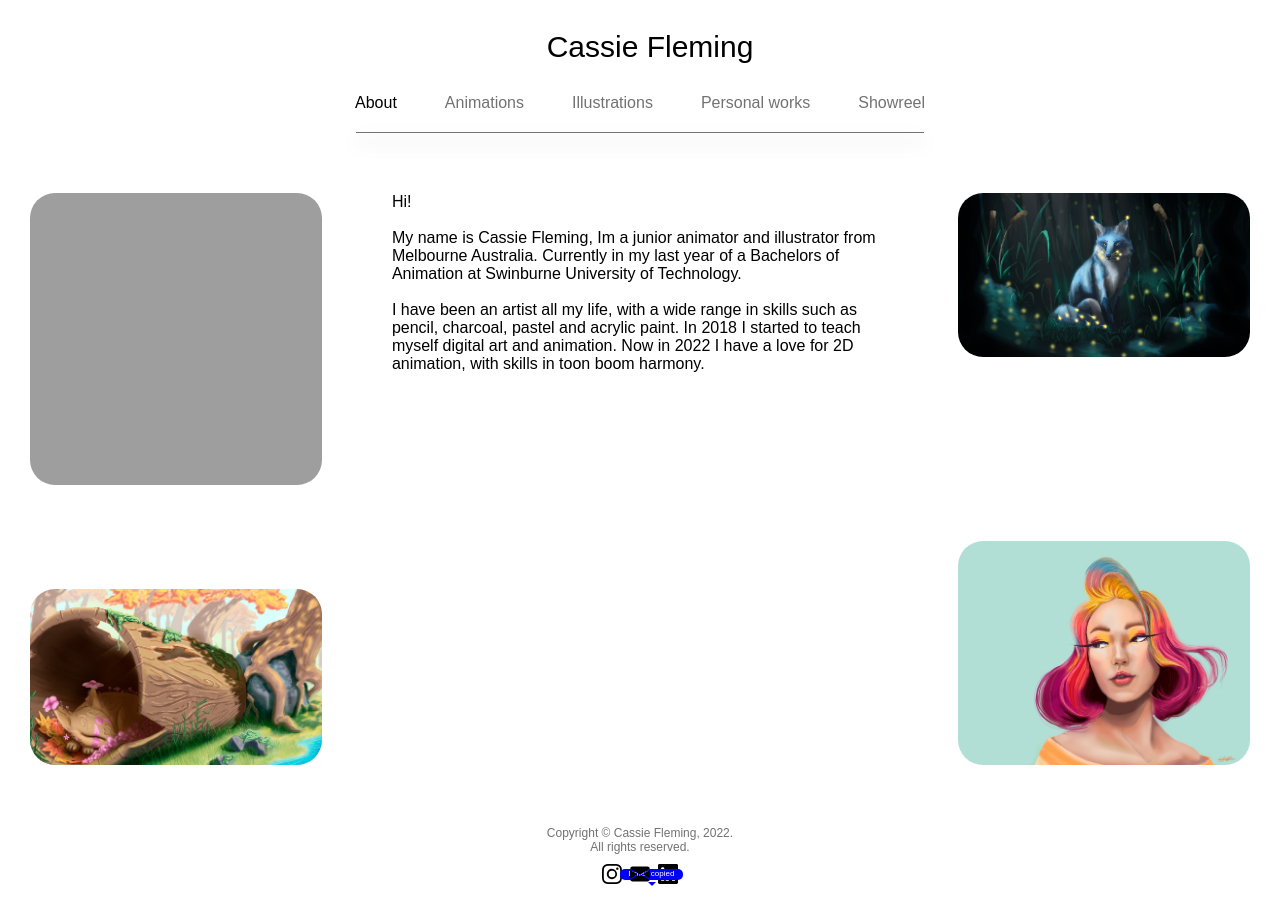
Repository: David-Waite/Cassie-Fleming-portfolio
Page: /
An editor plug-in stored every save of this project. The page is shown before and after the next save, followed by the edit.
The browser window is 1280 px wide. The pictures show the whole page.
Pictures or frames that could not be fetched are drawn as grey boxes. Some web fonts or font styles are not loaded; a fallback is used. The project was rebuilt for these pictures with package versions that can differ from the ones it lists, and the page was loaded fresh each time. The framework's server and built-in components were replaced by stand-ins that run in the browser. Also part of the build but not shown: next.config.js.

Above is the page before, as saved 2022-09-13 11:33:09.

After the next save:
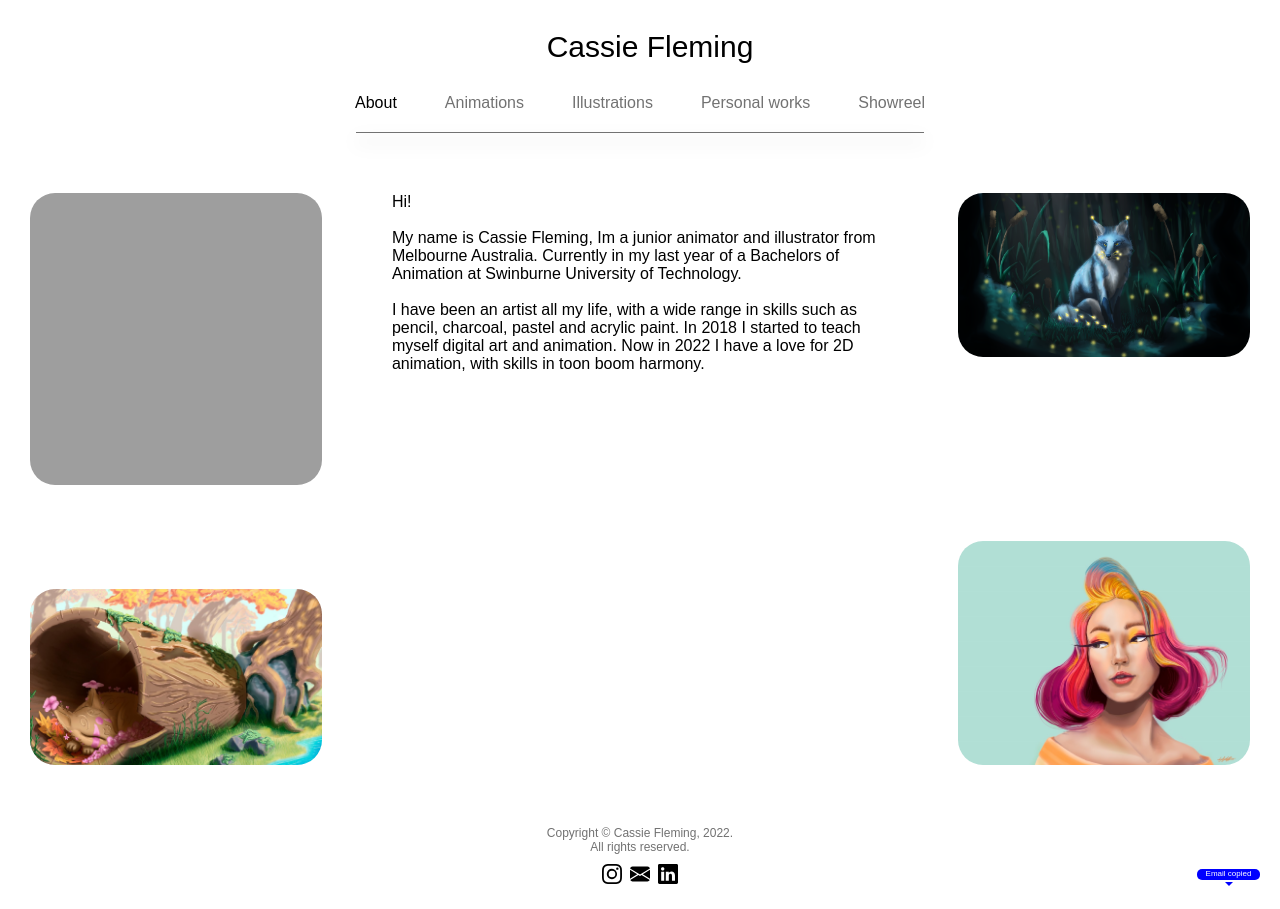
Saved 12 s later.
--- a/styles/globals.css
+++ b/styles/globals.css
@@ -154,7 +154,7 @@ footer {
   font-size: 8px;
   font-weight: 400;
   width: 63px;
-  left: 600px;
+  right: 0;
   top: 42.5px;
   padding: 0 0 2px 0;
   background-color: blue;
